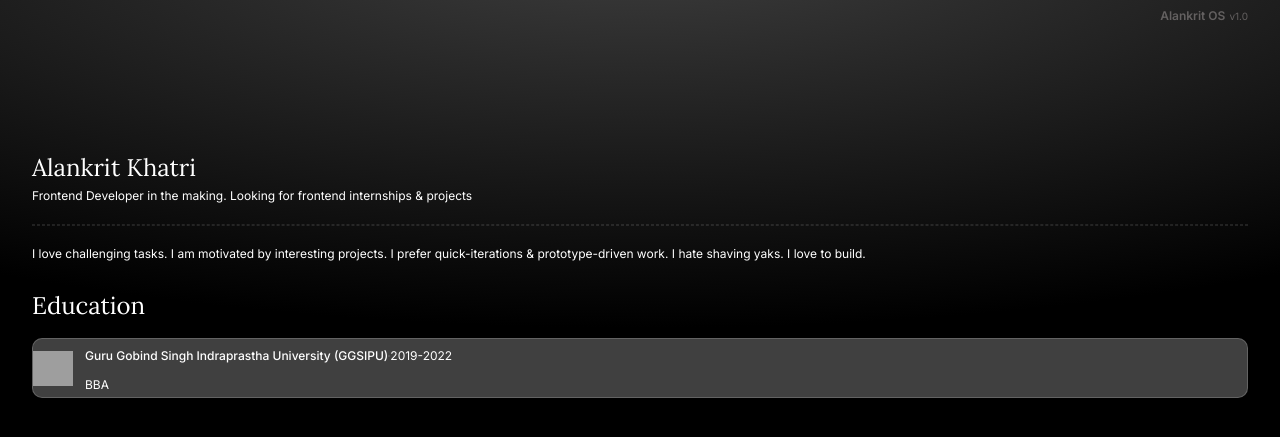
Repository: alankritkhatri/alankrit.xyz
Page: /
The author's editor kept a copy of each file at every save. The page is drawn from the files as they stood at one save, then again after a run of saves.
The browser window is 1280 px wide. The pictures show the whole page.
Pictures or frames that could not be fetched are drawn as grey boxes. The project was rebuilt for these pictures with package versions that can differ from the ones it lists, and the page was loaded fresh each time. Also part of the build but not shown: vite.config.js, src/blog.jsx.

Above is the page before, as saved 2024-08-11 21:24:47.

### index.html
<!DOCTYPE html>
<html lang="en">
  <head>
    <meta charset="UTF-8" />

    <link rel="icon" type="image/svg+xml" href="/vite.svg" />
    <link rel="preconnect" href="https://fonts.googleapis.com" />
    <link rel="preconnect" href="https://fonts.gstatic.com" crossorigin />
    <link
      href="https://fonts.googleapis.com/css2?family=Inter:wght@100..900&display=swap"
      rel="stylesheet"
    />

    <link
      href="https://fonts.googleapis.com/css2?family=Lora:ital,wght@0,400..700;1,400..700&display=swap"
      rel="stylesheet"
    />
    <!-- Linkedin link -->
    <script
      src="https://platform.linkedin.com/badges/js/profile.js"
      async
      defer
      type="text/javascript"
    ></script>
<meta name="viewport" content="width=device-width, initial-scale=1.0">
    <title>AlankritOS</title>
  </head>
  <body>
    <div id="root"></div>
    <script type="module" src="/src/main.jsx"></script>
  </body>
</html>

### src/App.jsx
import "./App.css";
import { BrowserRouter as Router, Routes, Route, Link } from "react-router-dom";
import Blog from "./blog";
import Home from "./pages/Home/Home";
const App = () => {
  return (
    <div className="main">
      <Router>
        <Link to="/">
          <div className="logo">
            <h1>Alankrit OS</h1>
            <span>v1.0</span>
          </div>
        </Link>
        <Routes>
          <Route path="/" element={<Home />} />
          <Route path="blog" element={<Blog />} />
        </Routes>
      </Router>
    </div>
  );
};

export default App;

### src/App.css
* {
  margin: 0px;
  padding: 0px;
  box-sizing: border-box;
  font-family: Inter, Haettenschweiler, "Arial Narrow Bold", sans-serif;
}

body,html{
  min-height: 100vh;
background: radial-gradient(100% 400px at 50% -10%, #404040, #000000)
}
.main {
  h1 {
    line-height: 32px;
  }
  h2 {
    line-height: 24px;
  }
  h3 {
    line-height: 16px;
  }
  p {
    line-height: 24px;
  }
  color: white;

  padding: 0px 32px;
  a {
    text-decoration: none;
  }
  .logo {
    color: rgba(126, 121, 121, 0.726);
    display: flex;
    align-items: center;
    justify-content: flex-end;
    gap: 4px;

    font-family: monospace;
    animation: flicker 2s infinite;
    h1 {
      font-size: 12px;
      font-weight: 600;
    }
    span {
      font-size: 10px;
      font-weight: 400;
    }
  }
}
/* logo flickr animation */
@keyframes flicker {
  0% {
    opacity: 0;
  }
  9% {
    opacity: 0;
  }
  10% {
    opacity: 0.5;
  }
  13% {
    opacity: 0;
  }
  20% {
    opacity: 0.5;
  }
  25% {
    opacity: 1;
  }
}

### src/pages/Home/Home.jsx
import Infosection from "../../components/Info-Section/Infosection.jsx";
import "./Home.css";
import data from "../../alankrit_data/data.json";
const Home = () => {
  return (
    <div className="home">
      <div
        className="badge-base LI-profile-badge"
        data-locale="en_US"
        data-size="medium"
        data-theme="dark"
        data-type="VERTICAL"
        data-vanity="alankrit-khatri"
        data-version="v1"
      >
        {" "}
        </div>

      <div className="about-section">
        <h1 className="name">Alankrit Khatri</h1>
        <p>
          Frontend Developer in the making. Looking for frontend internships &
          projects
        </p>
        <div className="dashed-line"></div>
        <p>
          I love challenging tasks. I am motivated by interesting projects. I
          prefer quick-iterations & prototype-driven work. I hate shaving yaks.
          I love to build.
        </p>
      </div>
      <div className="education-section">
        <h1>Education</h1>
        <Infosection {...data} />




        {console.log(data)}
      </div>
    </div>
  );
};

export default Home;

### src/components/Info-Section/Infosection.jsx
import "./infoSection.css";
const Infosection = (props) => {
  return (
    <>
      <div className="infosection-details">
        <img
          src={props[0].educationDetails.bachelors.logo}
          alt=""
          style={{ width: "40px", height: "35px" }}
        />
        <div className=" infosection-info">
          <div className="infosection-info-top ">
            <h2 style={{ opacity: "1", fontWeight: "500" }}>
              {props[0].educationDetails.bachelors.schoolName}
            </h2>
            <div className="dashed-line"></div>
            <h2> {props[0].educationDetails.bachelors.schoolYears} </h2>
          </div>

          <div className="infosection-info-bottom">
            <h2> {props[0].educationDetails.bachelors.course}</h2>
          </div>
        </div>
      </div>
    </>
  );
};

export default Infosection;

### src/pages/Home/Home.css
.home {
  margin: 96px 0px;
  display: flex;
  flex-direction: column;
  gap: 24px;
  /* dashed line  */
  .dashed-line {
    margin: 16px 0px;
    opacity: 0.1;
    border-width: 1px;
    border-style: dashed;
    color: rgb(255 255 255);
  }
  .hide {
    display: none;
  }
  h1 {
    font-family: "Lora", serif;
    font-size: 24px;
    font-weight: 400;
  }
  h2 {
    font-size: 12px;
    font-style: normal;
    font-weight: 400;
  }
  h3 {
    font-size: 10px;
    font-style: normal;
    font-weight: 300;
  }
  p {
    font-size: 12px;
  }
  .about-section {
    display: flex;
    flex-direction: column;
    .name {
      line-height: 32px;
    }
  }
}

### src/alankrit_data/data.json
[
  {
    "educationDetails": {
      "className": "education-details",
      "bachelors": {
        "schoolName": "Guru Gobind Singh Indraprastha University (GGSIPU)",
        "schoolYears": "2019-2022",
        "course": "BBA",
        "logo": "https://encrypted-tbn0.gstatic.com/images?q=tbn:ANd9GcRM9GNTFenU_T9caTwA63o86iaVHMnf9eeEPw&s"
      },
      "masters": {
        "schoolName": "Guru Gobind Singh Indraprastha University (GGSIPU)",
        "schoolYears": "2019-2022",
        "logo": "https://encrypted-tbn0.gstatic.com/images?q=tbn:ANd9GcRM9GNTFenU_T9caTwA63o86iaVHMnf9eeEPw&s"
      }
    }
  }
]

### src/components/Info-Section/infoSection.css
.infosection-details {
  background: rgba(255, 255, 255, 0.25);
  -webkit-backdrop-filter: blur(4px);
  border-radius: 10px;
  border: 1px solid rgba(255, 255, 255, 0.18);
  backdrop-filter: blur(10px);
  backdrop-filter: saturate(180%) blur(10px);
  display: flex;
  align-items: center;
  gap: 12px;
  margin: 16px 0px;

  .infosection {
    width: 100%;
    min-width: 80%;
    * {
      line-height: 16px;
    }
    h3 {
      letter-spacing: -0.26px;
      opacity: 0.5;
    }
    h2 {
      opacity: 0.5;
    }
  }
  .infosection-info-top {
    display: flex;
    justify-content: space-between;
    align-items: center;
  }
}

Loaded but not shown: src/main.jsx (common file)

After the next 5 saves:
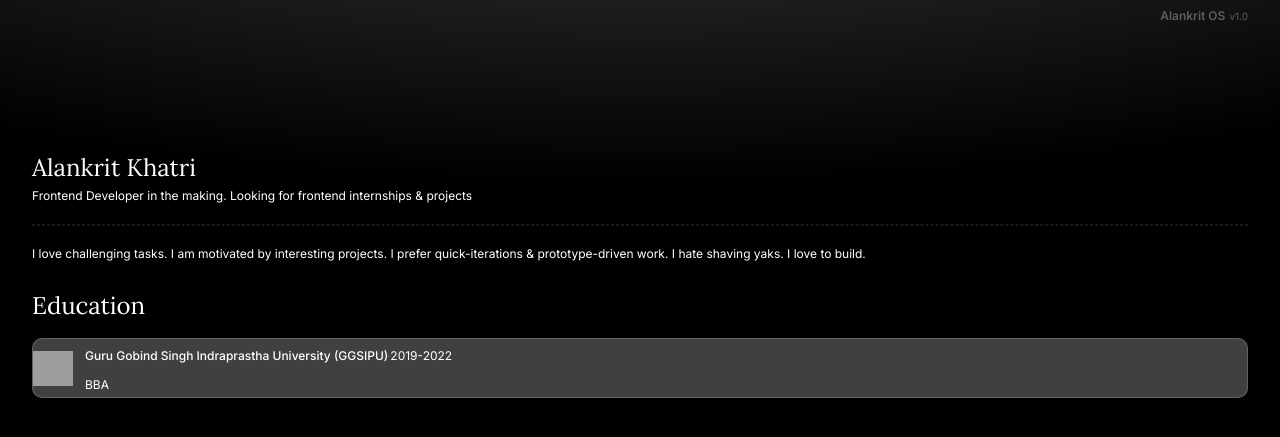
The 5 saves are shown as one change because they came seconds apart.
The last was saved 13 s later.
--- a/src/App.css
+++ b/src/App.css
@@ -7,7 +7,7 @@
 
 body,html{
   min-height: 100vh;
-background: radial-gradient(100% 400px at 50% -10%, #404040, #000000)
+background: radial-gradient(100% 400px at 50% -30%, #404040, #000000)
 }
 .main {
   h1 {
